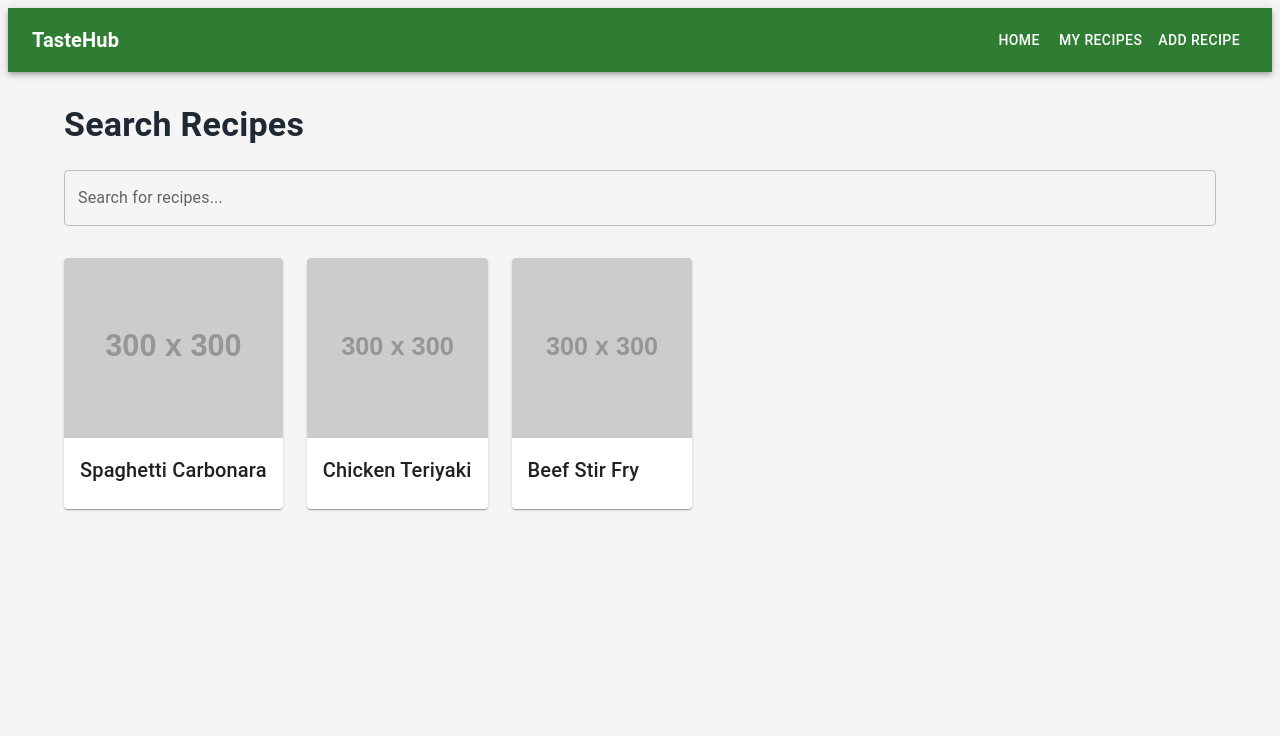
Repository: PabloVega7/TasteHub-Milestone03
Page: /
The author's editor kept a copy of each file at every save. The page is drawn from the files as they stood at one save, then again after the next save.
The browser window is 1280 px wide. The pictures show the whole page.
The project was rebuilt for these pictures with package versions that can differ from the ones it lists, and the page was loaded fresh each time. Also part of the build but not shown: vite.config.js, src/pages/RecipeDetails.jsx, src/pages/MyRecipes.jsx, src/pages/AddRecipe.jsx, src/pages/EditRecipe.jsx.

Above is the page before, as saved 2025-11-29 12:41:12.

### index.html
<!doctype html>
<html lang="en">
  <head>
    <meta charset="UTF-8" />
    <link rel="icon" type="image/svg+xml" href="/vite.svg" />
    <meta name="viewport" content="width=device-width, initial-scale=1.0" />
    <title>tastehub</title>
  </head>
  <body>
    <div id="root"></div>
    <script type="module" src="/src/main.jsx"></script>
  </body>
</html>

### src/App.jsx
import { BrowserRouter as Router, Routes, Route } from "react-router-dom";
import Navbar from "./components/Navbar";
import Home from "./pages/Home";
import RecipeDetails from "./pages/RecipeDetails";
import MyRecipes from "./pages/MyRecipes";
import AddRecipe from "./pages/AddRecipe";
import EditRecipe from "./pages/EditRecipe";

function App() {
  return (
    <Router>
      <Navbar />

      <Routes>
        <Route path="/" element={<Home />} />
        <Route path="/recipe/:id" element={<RecipeDetails />} />
        <Route path="/my-recipes" element={<MyRecipes />} />
        <Route path="/add-recipe" element={<AddRecipe />} />
        <Route path="/edit-recipe/:id" element={<EditRecipe />} />
      </Routes>
    </Router>
  );
}

export default App;

### src/index.css
:root {
  font-family: system-ui, -apple-system, BlinkMacSystemFont, "Segoe UI",
    sans-serif;
  line-height: 1.5;
  color: #1f2933;
  background-color: #f5f5f5;
}

body {
  margin: 20;
  min-height: 100vh;
}

#root {
  min-height: 100vh;
}

### src/components/Navbar.jsx
import AppBar from "@mui/material/AppBar";
import Box from "@mui/material/Box";
import Toolbar from "@mui/material/Toolbar";
import Typography from "@mui/material/Typography";
import Button from "@mui/material/Button";
import { Link } from "react-router-dom";

export default function Navbar() {
  return (
    <Box sx={{ flexGrow: 1, mb: 2 }}>
      <AppBar position="static" sx={{ backgroundColor: "#2e7d32" }}>
        <Toolbar>
          {/* Logo / App Name */}
          <Typography
            variant="h6"
            component="div"
            sx={{ flexGrow: 1, fontWeight: 600 }}>
            TasteHub
          </Typography>

          {/* Navigation Buttons */}
          <Button color="inherit" component={Link} to="/">
            Home
          </Button>

          <Button color="inherit" component={Link} to="/my-recipes">
            My Recipes
          </Button>

          <Button color="inherit" component={Link} to="/add-recipe">
            Add Recipe
          </Button>
        </Toolbar>
      </AppBar>
    </Box>
  );
}

### src/pages/Home.jsx
import { Container, Grid, TextField, Typography } from "@mui/material";
import RecipeCard from "../components/RecipeCard";

export default function Home() {
  // Placeholder data for Milestone 1
  const recipes = [
    {
      id: 1,
      title: "Spaghetti Carbonara",
      image: "https://via.placeholder.com/300",
    },
    {
      id: 2,
      title: "Chicken Teriyaki",
      image: "https://via.placeholder.com/300",
    },
    { id: 3, title: "Beef Stir Fry", image: "https://via.placeholder.com/300" },
  ];

  return (
    <Container sx={{ mt: 4 }}>
      <Typography variant="h4" fontWeight={700} mb={3}>
        Search Recipes
      </Typography>

      {/* Static search bar */}
      <TextField
        fullWidth
        label="Search for recipes..."
        variant="outlined"
        sx={{ mb: 4 }}
      />

      {/* Recipe grid */}
      <Grid container spacing={3}>
        {recipes.map((recipe) => (
          <Grid item xs={12} sm={6} md={4} key={recipe.id}>
            <RecipeCard title={recipe.title} image={recipe.image} />
          </Grid>
        ))}
      </Grid>
    </Container>
  );
}

### src/components/RecipeCard.jsx
import Card from "@mui/material/Card";
import CardMedia from "@mui/material/CardMedia";
import CardContent from "@mui/material/CardContent";
import Typography from "@mui/material/Typography";
import CardActionArea from "@mui/material/CardActionArea";

export default function RecipeCard({ title, image }) {
  return (
    <Card sx={{ maxWidth: 345 }}>
      <CardActionArea>
        <CardMedia component="img" height="180" image={image} alt={title} />
        <CardContent>
          <Typography gutterBottom variant="h6" component="div">
            {title}
          </Typography>
        </CardContent>
      </CardActionArea>
    </Card>
  );
}

Loaded but not shown: src/main.jsx (common file)

After the next save:
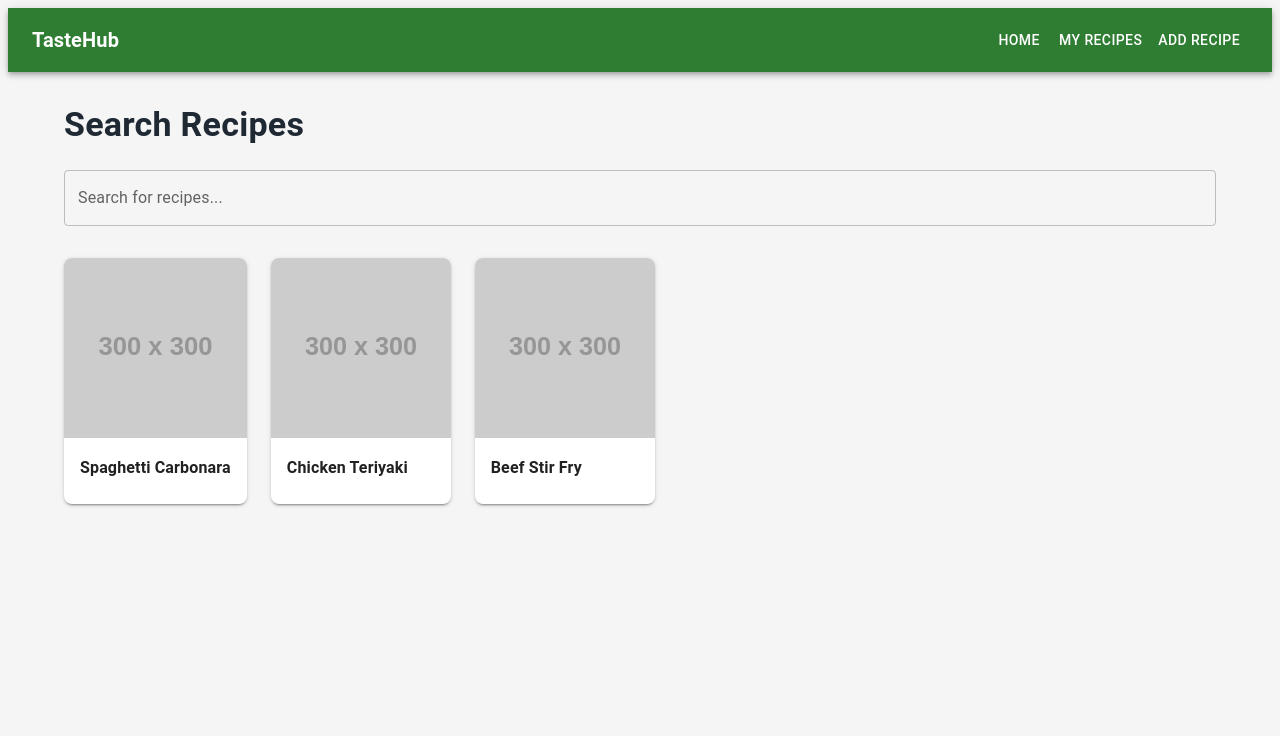
Saved 55 s later.
--- a/src/components/RecipeCard.jsx
+++ b/src/components/RecipeCard.jsx
@@ -6,11 +6,21 @@ import CardActionArea from "@mui/material/CardActionArea";
 
 export default function RecipeCard({ title, image }) {
   return (
-    <Card sx={{ maxWidth: 345 }}>
+    <Card sx={{ maxWidth: 345, boxShadow: 2, borderRadius: 2 }}>
       <CardActionArea>
-        <CardMedia component="img" height="180" image={image} alt={title} />
+        <CardMedia
+          component="img"
+          height="180"
+          image={image}
+          alt={title}
+          sx={{ objectFit: "cover" }}
+        />
         <CardContent>
-          <Typography gutterBottom variant="h6" component="div">
+          <Typography
+            gutterBottom
+            variant="subtitle1"
+            component="div"
+            fontWeight={600}>
             {title}
           </Typography>
         </CardContent>
